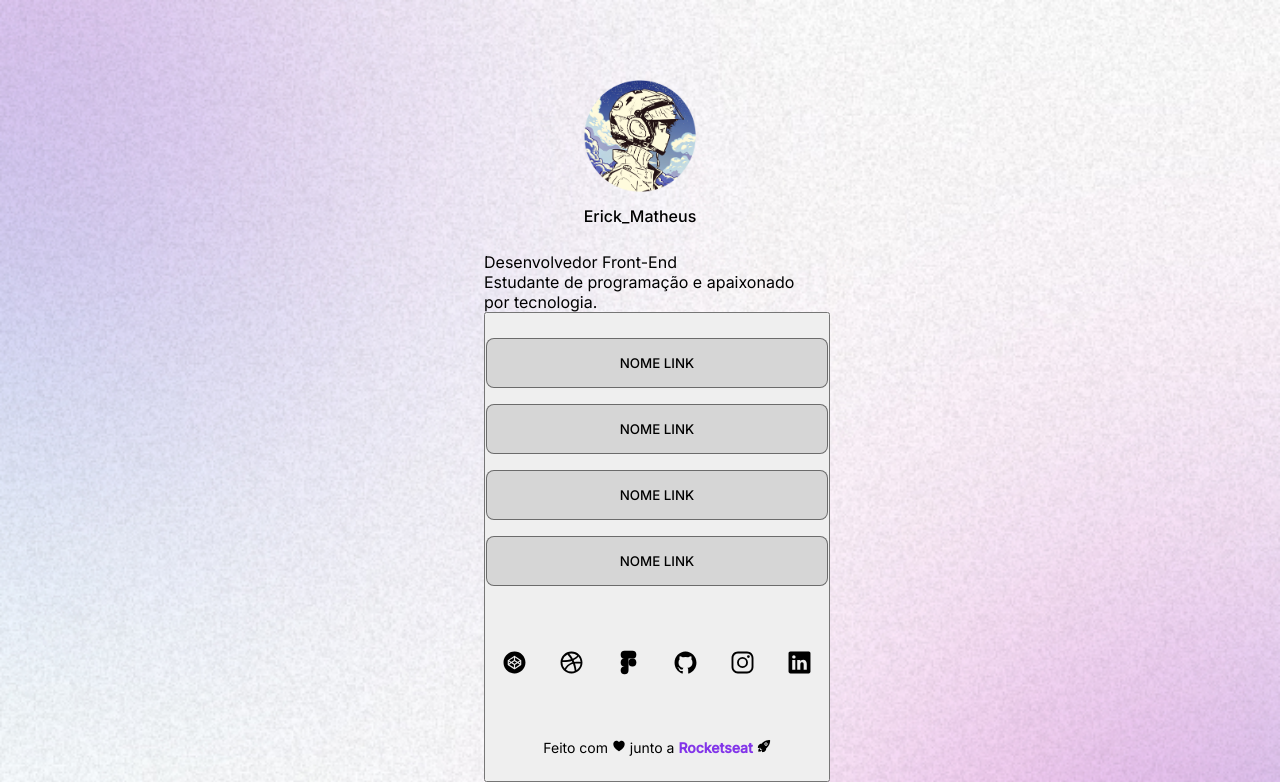
Repository: e-rickmatheus/project_dev_links
Page: index.html
These files come from the project's save history. The page is drawn as it stood at one moment and after the next save; the edit follows.
The browser window is 1280 px wide. The pictures show the whole page.

Above is the page before, as saved 2025-04-03 19:27:25.

### index.html
<!DOCTYPE html>
<html lang="pt-BR" class="light-theme">
<head>

<link rel="preconnect" href="https://fonts.googleapis.com">
<link rel="preconnect" href="https://fonts.gstatic.com" crossorigin>
<link href="https://fonts.googleapis.com/css2?family=Inter:wght@400;500&display=swap" rel="stylesheet">
  <meta charset="UTF-8">
  <meta name="viewport" content="width=device-width, initial-scale=1.0">
  <title>DEV.Links</title>
  <link rel="stylesheet" href="./style.css">
  <a></a>
</head>
<body>

  <div id="container">
    <div id="profile">
      <img id="avatar" src="./assets/avatar-pilot-day.png" alt="avatar-light">
      <p>Erick_Matheus</p>
    </div>
    <div id="description">
      <p>Desenvolvedor Front-End</p>
      <p>Estudante de programação e apaixonado por tecnologia.</p>
    </div>
    <div id="switcher">
      <button
    </div>
  <ul>
    <li>
      <a href="#" target="_blank">NOME LINK</a>
    </li>
    <li>
        <a href="#" target="_blank">NOME LINK</a>
    </li>
    <li>
        <a href="#" target="_blank">NOME LINK</a>
    </li>
    <li>
        <a href="#" target="_blank">NOME LINK</a>
    </li>
  </ul>
  <div id="social-links">
    <!-- <ion-icon name="logo-behance"></ion-icon> -->
    <a href="https://codepen.io/erick_matheus" target="_blank">
      <ion-icon name="logo-codepen"></ion-icon>
    </a>

    <a href="https://dribbble.com/erick_matheus" target="_blank">
      <ion-icon name="logo-dribbble"></ion-icon>
    </a>

    <a href="https://figma.com/@erick_matheus" target="_blank">
      <ion-icon name="logo-figma"></ion-icon>
    </a>
    <a href="https://github.com/e-rickmatheus" target="_blank">
      <ion-icon name="logo-github"></ion-icon>
    </a>

    <a href="https://instagram.com/" target="_blank">
      <ion-icon name="logo-instagram"></ion-icon>
    </a>

    <a href="https://linkedin.com/in/e-rickmatheus/" target="_blank">
      <ion-icon name="logo-linkedin"></ion-icon>
    </a>
    <!-- <ion-icon name="logo-medium"></ion-icon> -->
    <!-- <ion-icon name="logo-whatsapp"></ion-icon> -->
  </div>

  <footer>
    Feito com <ion-icon name="heart"></ion-icon>
    junto a <a id="rocketseat" href="https://rocketseat.com.br/" target="_blank">Rocketseat</a>   <ion-icon name="rocket"></ion-icon>
  </footer>
  </div>

<script type="module" src="https://cdn.jsdelivr.net/npm/ionicons@7.1.0/dist/ionicons/ionicons.esm.js"></script>
<script nomodule src="https://cdn.jsdelivr.net/npm/ionicons@7.1.0/dist/ionicons/ionicons.js"></script>
</body>

</html>

### style.css
* {  /* *: todos os elementos */
  margin: 0;
  padding: 0;
  box-sizing: border-box; /* border-box: altura e largura do elemento é o mesmo que o tamanho definido */

}

:root {
  --text-color: white; /* cor do texto */
  --bg-url: url(./assets/bg-mobile.jpg); /* url da imagem de fundo */
  --stroke-color: rgba(255, 255, 255, 0.5); /* cor do contorno */
  --surface-color: rgba(255, 255, 255, 0.1); /* cor da superfície */
  --surface-color-hover: rgba(255, 255, 255, 0.2); /* cor da superfície ao passar o mouse */
  --social-links-color-hover: rgba(255, 255, 255, 0.2); /* cor do link ao passar o mouse */
}

.light-theme { /* tema claro */
  --text-color: black; /* cor do texto */
  --bg-url: url(./assets/bg-mobile-light.jpg); /* url da imagem de fundo */
  --stroke-color: rgba(0, 0, 0, 0.5); /* cor do contorno */
  --surface-color: rgba(0, 0, 0, 0.1); /* cor da superfície */
  --surface-color-hover: rgba(0, 0, 0, 0.2); /* cor da superfície ao passar o mouse */
  --social-links-color-hover: rgba(0, 0, 0, 0.2); /* cor do link ao passar o mouse */
}

html, body {
  height: 100%; /* altura do html e body */
  width: 100%; /* largura do html e body */
}

body { /* body: corpo do documento */
  /*
  background-image: url(./assets/bg-mobile.jpg);
  background-repeat: no-repeat;
  background-position: top center;
  background-size: cover;
  */

  /* BACKGROUND GRADIENT
   background-image:  linear-gradient(
        45deg,
        hsl(201deg 37% 81%) 0%,
        hsl(202deg 39% 77%) 8%,
        hsl(204deg 40% 72%) 17%,
        hsl(206deg 41% 68%) 25%,
        hsl(207deg 42% 64%) 33%,
        hsl(209deg 42% 60%) 41%,
        hsl(210deg 42% 56%) 50%,
        hsl(212deg 41% 53%) 58%,
        hsl(214deg 41% 49%) 66%,
        hsl(217deg 45% 46%) 75%,
        hsl(219deg 48% 43%) 83%,
        hsl(223deg 50% 40%) 92%,
        hsl(228deg 51% 38%) 100%
    );
    */
    background-repeat: no-repeat; /* repetição da imagem */
    background-position: top center; /* posição da imagem */
    background-size: 100% 100%; /* tamanho da imagem */
  background: var(--bg-url) no-repeat top center/cover;
  /* background: cor imagem repetição posição/tamanho */
}

body * { /* todos os elementos dentro do body */
  font-family: 'Inter', sans-serif;
  color: var(--text-color); /* cor do texto */


}

#container {
  width:  360px;
  margin: 56px auto 0px;
  display: block;
  padding: 0 24px;
}

#profile {
  text-align: center;
  padding: 24px;
}

#profile img {
  width: 112px;
}

#profile p {
  font-weight: 500;
  line-height: 24px;
  margin-top: 8px;
}


/*links*/
ul { /* ul: lista não ordenada */
  list-style: none;
  display: flex;
  flex-direction: column;
  gap: 16px;
  padding: 24px 0;
}

ul li a { /* a: link */
  display: flex;
  justify-content: center;
  align-items: center;
  padding: 16px 24px;
  background: var(--surface-color);
  border: 1px solid var(--stroke-color);
  border-radius: 8px;
  backdrop-filter: blur (4px);
  -webkit-backdrop-filter: blur (4px);

  text-decoration: none;
  font-weight: 500;

  transition: background 0.2s;
}

ul li a:hover { /* quando o mouse estiver em cima do link */
  background: var(--surface-color-hover);
  border: 1.5px solid var(--text-color);
}


/*SOcial Links*/
#social-links {
  display: flex;
  justify-content: center;
  padding: 24px 0;
  font-size: 25px
}

#social-links a { /* a: link */
  display: flex;
  justify-content: center;
  align-items: center;
  padding: 16px;
  transition: background 0.2s;
  border-radius: 50%;
}

#social-links a:hover { /* quando o mouse estiver em cima do link */
  background: var(--social-links-color-hover);

}

footer {
  text-align: center;
  padding: 24px 0;
  font-size: 14px;
}

#rocketseat {
  color: rgb(130 52 233);
  text-decoration: none;
  font-weight: bold;
  transition: color 0.5s;
}

#rocketseat:hover { /* quando o mouse estiver em cima do link */
  color: white;
  text-decoration: underline;
  background:  rgb(130 52 233);
  transition: color 0.5s;
  margin: 1px 1px;
  padding: 4px 4px;
  border-radius: 4px;
  tex

}

After the next save:
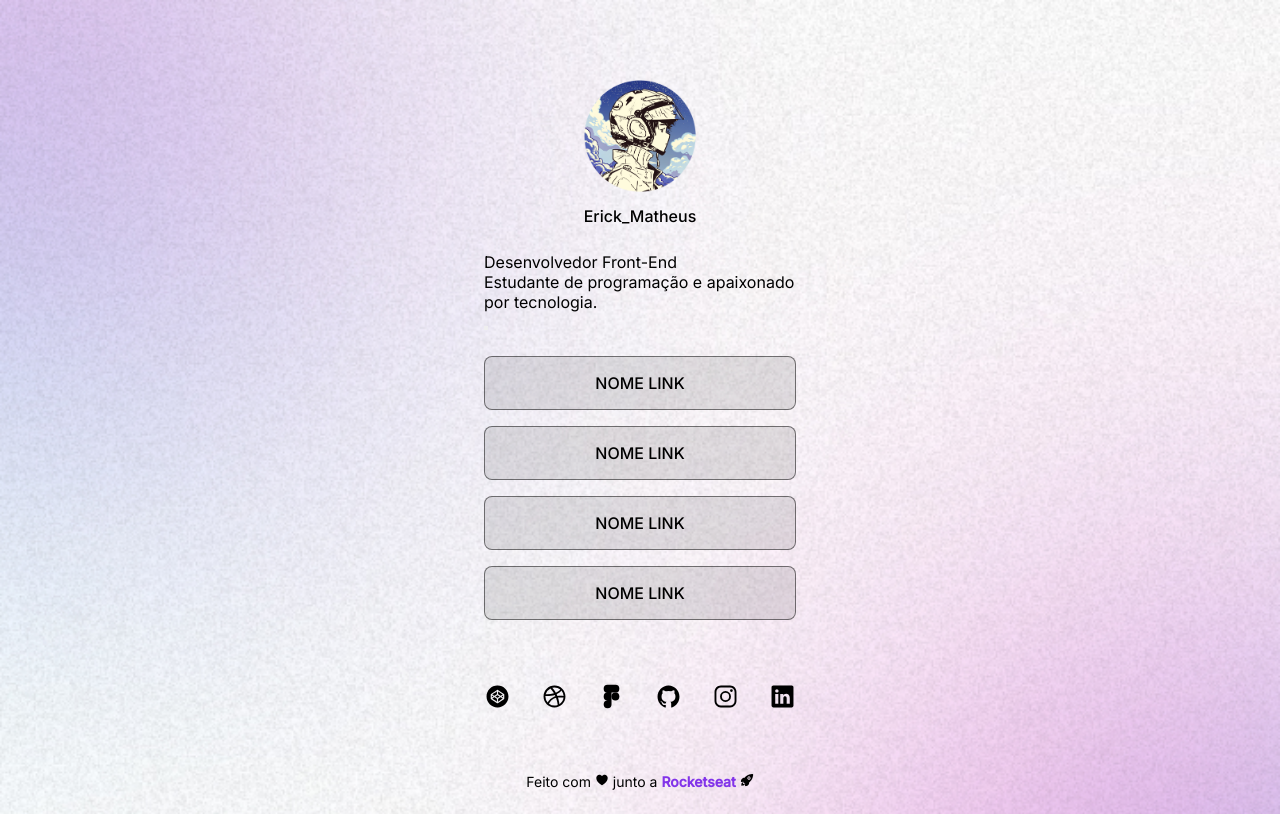
Saved 8 s later.
--- a/index.html
+++ b/index.html
@@ -23,7 +23,7 @@
       <p>Estudante de programação e apaixonado por tecnologia.</p>
     </div>
     <div id="switcher">
-      <button
+      <button></button>
     </div>
   <ul>
     <li>
